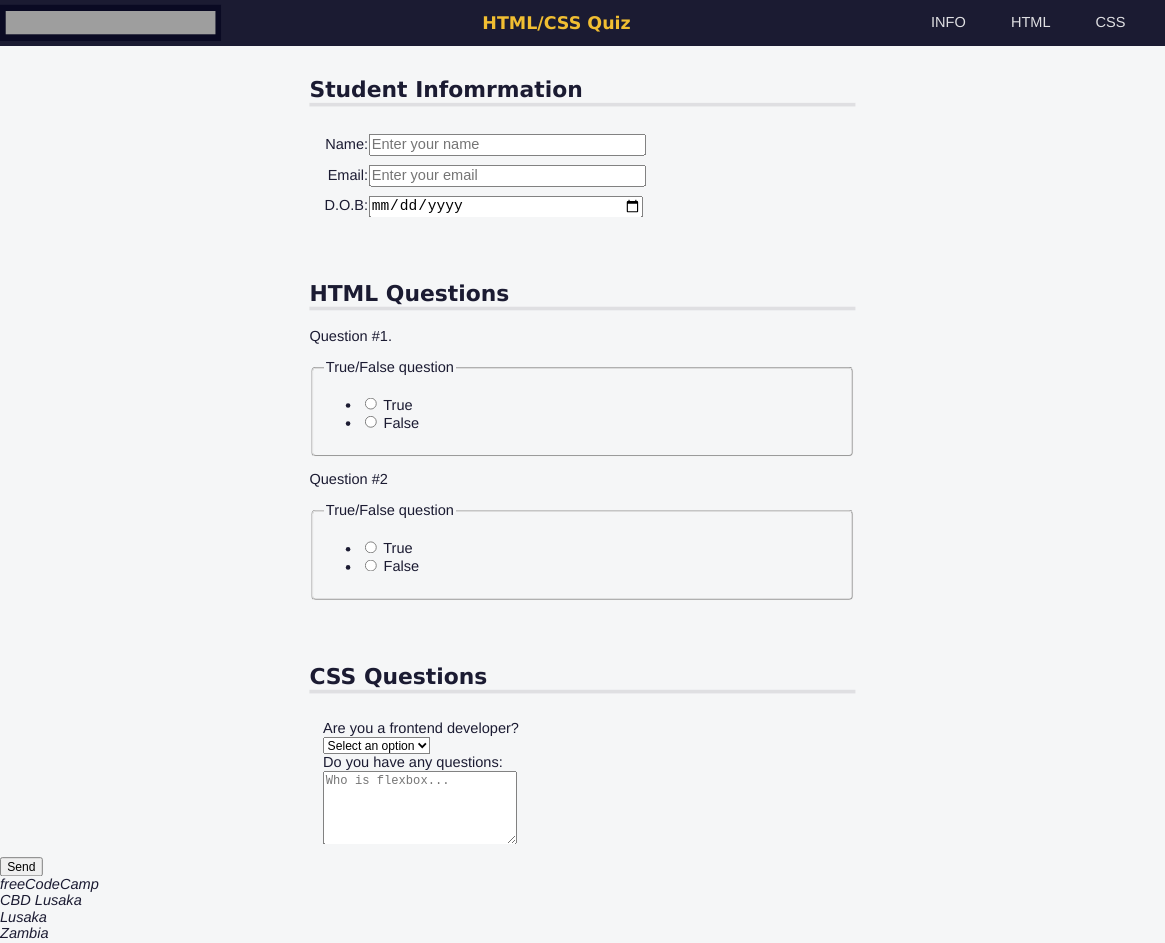
Repository: Lungdjos/accessibility_build_quiz
Page: index.html
These files come from the project's save history. The page is drawn as it stood at one moment and after the next save; the edit follows.
The browser window is 1280 px wide. The pictures show the whole page, at 91% of full size.
Pictures or frames that could not be fetched are drawn as grey boxes.

Above is the page before, as saved 2023-10-30 09:07:55.

After the next save:
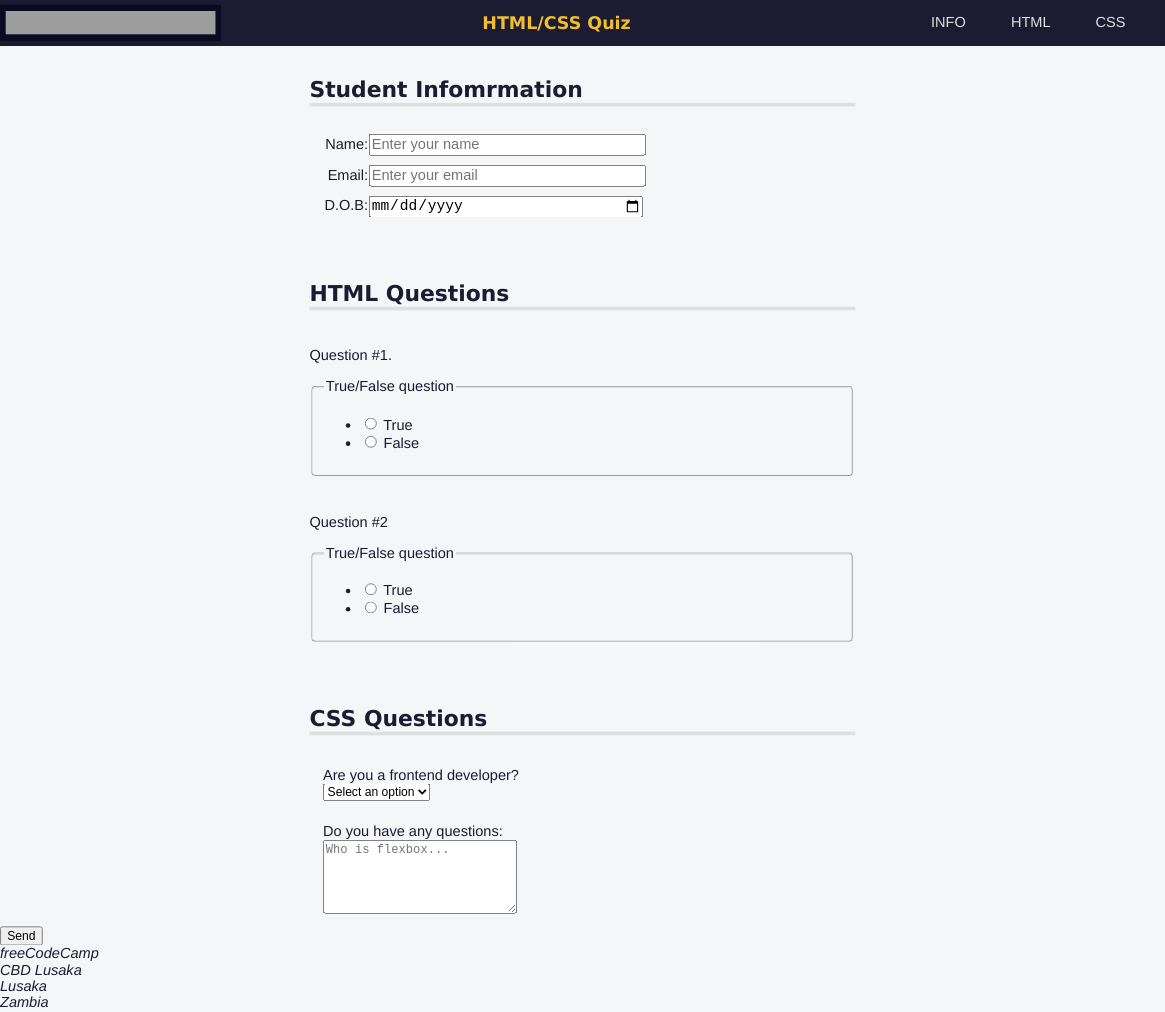
Saved 9 min 10 s later.
--- a/styles.css
+++ b/styles.css
@@ -140,3 +140,11 @@ label {
 input {
     font-size: 16px;
 }
+
+.question-block {
+    text-align: left;
+    display: block;
+    width: 100%;
+    margin-top: 20px;
+    padding-top: 5px;
+}
